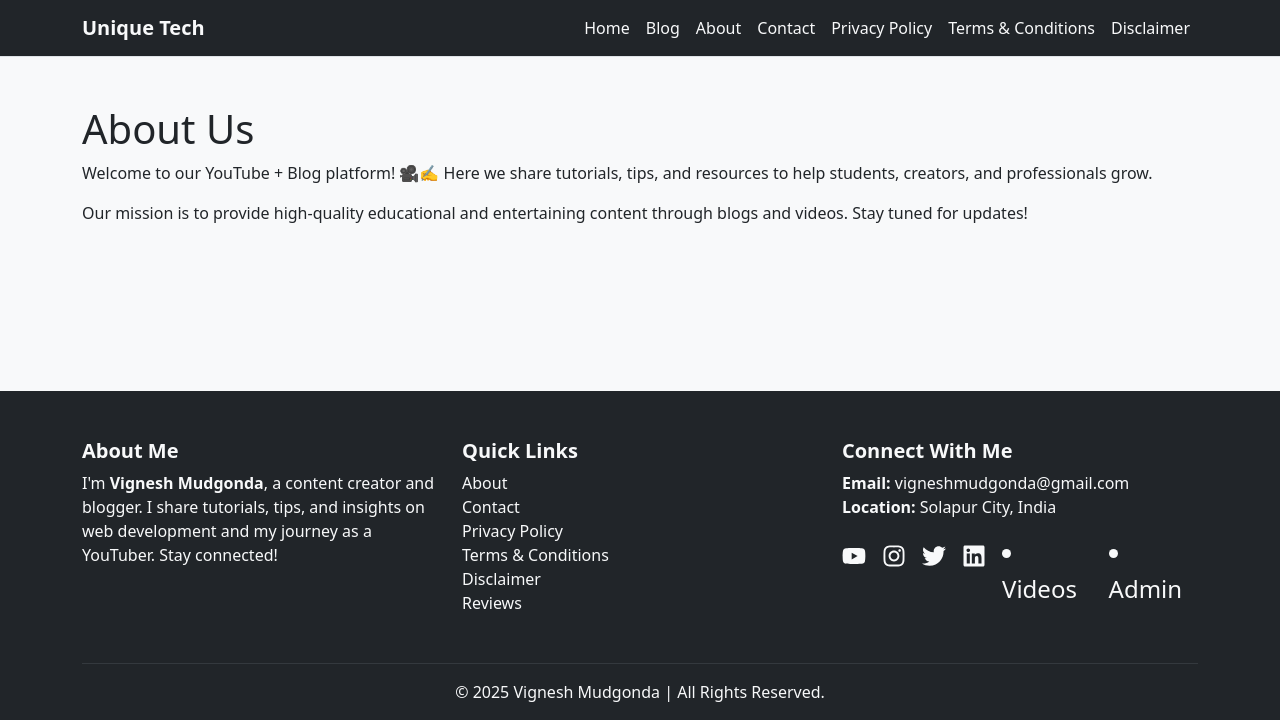
Repository: vigneshmudgonda/Blog2
Page: /about (app in blog-frontend-full/)
These files come from the project's save history. The page is drawn as it stood at one moment and after a run of saves; the edit follows.
The browser window is 1280 px wide. The pictures show the whole page.
The page's requests for data from a server got no answer. The project was rebuilt for these pictures with package versions that can differ from the ones it lists, and the page was loaded fresh each time. No one was signed in, and anything a server would have sent is missing. Also part of the build but not shown: blog-frontend-full/src/services/api.js, blog-frontend-full/src/pages/Home.js, blog-frontend-full/src/pages/BlogList.js, blog-frontend-full/src/pages/BlogDetail.js, blog-frontend-full/src/pages/Reviews.js, blog-frontend-full/src/pages/Contact.js, blog-frontend-full/src/pages/AdminLogin.js, blog-frontend-full/src/pages/AdminDashboard.js and 3 more.

Above is the page before, as saved 2025-08-22 20:22:25.

After the next 2 saves:
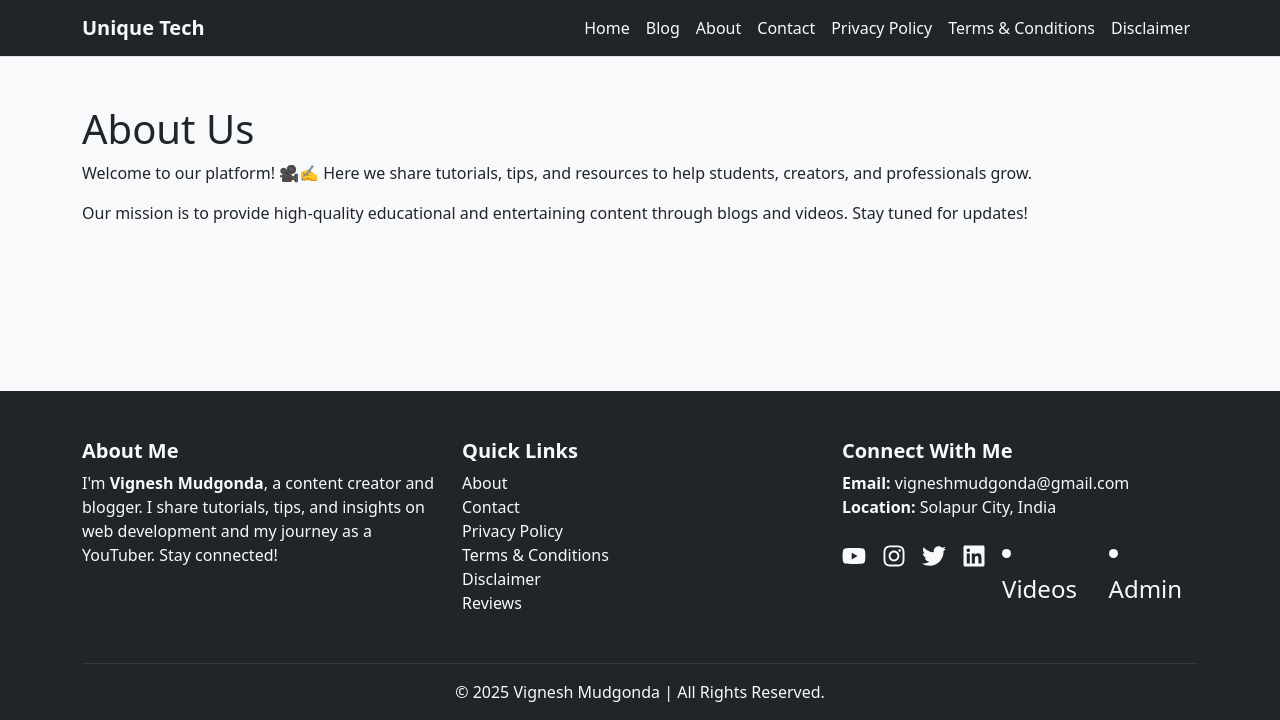
The 2 saves are shown as one change because they came seconds apart.
The last was saved 6 s later.
--- a/blog-frontend-full/src/pages/About.js
+++ b/blog-frontend-full/src/pages/About.js
@@ -6,7 +6,7 @@ export default function About() {
     <Container className="py-5">
       <h1>About Us</h1>
       <p>
-        Welcome to our YouTube + Blog platform! 🎥✍️
+        Welcome to our platform! 🎥✍️
         Here we share tutorials, tips, and resources to help students,
         creators, and professionals grow.
       </p>
